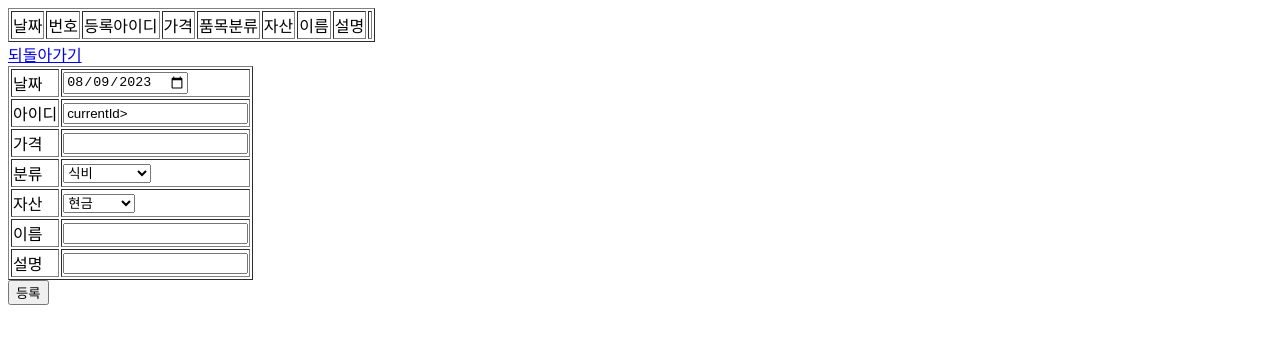
Repository: hdk8572/kh_MoneyManager
Page: http://localhost/Semi_backup/user/main
These files come from the project's save history. The page is drawn as it stood at one moment and after the next save; the edit follows.
The browser window is 1280 px wide. The pictures show the whole page.
The page is served by Tomcat 9. Other server files are loaded and not shown. Queries for data that is not in the repository find no rows.

Above is the page before, as saved 2023-08-10 12:43:30.

### Semi_backup/src/main/webapp/WEB-INF/user/main.jsp
<%@ page language="java" contentType="text/html; charset=UTF-8"
    pageEncoding="UTF-8"%>
<%@taglib prefix="c" uri="http://java.sun.com/jsp/jstl/core" %>
<!DOCTYPE html>
<html>
<head>
<meta charset="UTF-8">
<title>Insert title here</title>
<script src="https://code.jquery.com/jquery-3.7.0.js"></script>
</head>
<body>
	<div id="wrap-list" >
		<table border="1">
			<tr>
				<td>날짜</td>
				<td>번호</td>
				<td>등록아이디</td>
				<td>가격</td>
				<td>품목분류</td>
				<td>자산</td>
				<td>이름</td>
				<td>설명</td>
				<td></td>
			</tr>
			<c:forEach items="${ulist}" var="ul">
			<tr>
				<td>${ul.insertDate}</td>
				<td>${ul.mno}</td>
				<td>${ul.mid}</td>
				<td>${ul.mprice}</td>
				<td>${ul.category}</td>
				<td>${ul.cashCard}</td>
				<td>${ul.mname}</td>
				<td>${ul.description}</td>
				<td>
				<button type="button">수정</button>
				<button type="button">삭제</button>
				</td>
			</tr>
			</c:forEach>
		</table>
	</div>
		<a href="${pageContext.request.contextPath}/">되돌아가기</a>
	<form id="frmInsert">
 		<table border="1">
			<tr>
				<td>날짜</td>
				<td><input type="date" name="insertDate" id="currentDate"></td>
			</tr>
<!-- 		<tr>
				<td>등록번호</td>
				<td><input type="text" name="mno"></td>
			</tr> -->
			<tr>
				<td>아이디</td>
				<td><input type="text" value="currentId>" name="mid" readonly></td>
			</tr>
			<tr>
				<td>가격</td>
				<td><input type="text" name="mprice" ></td>
			</tr>
<!-- 			<tr>
				<td>분류</td>
				<td><input type="text" name="category" ></td>
			</tr> -->
			<tr>
				<td>분류</td>
				<td>
				<select>
				<option>식비</option>
				<option>교통/차량</option>
				<option>주거/통신비</option>
				<option>문화생활</option>
				<option>마트/편의점</option>
				<option>패션/미용</option>
				<option>생활용품</option>
				<option>건강</option>
				<option>교육</option>
				<option>경조사/회비</option>
				</select>
				</td>
			</tr>
<!-- 			<tr>
				<td>자산</td>
				<td><input type="text" name="cashCard" ></td>
			</tr> -->
			<tr>
				<td>자산</td>
				<td>
				<select>
				<option>현금</option>
				<option>체크카드</option>
				<option>신용카드</option>
				</select>
				</td>
			</tr>
			<tr>
				<td>이름</td>
				<td><input type="text" name="mname" ></td>
			</tr>
			<tr>
				<td>설명</td>
				<td><input type="text" name="descripion"></td>
			</tr>
		</table>
		<button type="button" id="btn_Insert">등록</button>
	</form>
</body>
<script>
	document.getElementById('currentDate').value = new Date().toISOString().substring(0, 10);

  	$("#btn_Insert").click(insertListClickHandler);

	function insertListClickHandler() {
		var dataQuery = $("#frmInsert").serialize();
		console.log(dataQuery);
		$.ajax({
			url: "${pageContext.request.contextPath}/ajaxInsert"
			,type: "post"
			//,contentType:""
			,data: $("#frmInsert").serialize()

			,dataType:"json"
			,success: function(result){
				console.log("success:");
				console.log(result);
				displayList(result);
			}
			,error: function(){
				console.log("error:");
				console.log(result);
			}
		})
	}
	function displayList(data) {
		var htmlVal="";
		if(data==null || data.length == 0){
			alert("등록에 실패하였습니다. 다시 입력을시도해주세요.");
		} else {
			htmlVal+=`
				<table border="1">
			<tbody>
				<tr>
					<td>날짜</td>
					<td>번호</td>
					<td>등록아이디</td>
					<td>가격</td>
					<td>품목분류</td>
					<td>자산</td>
					<td>이름</td>
					<td>설명</td>
				</tr>
				`;
				for(var i=0;i<data.length;i++){
					var ul = data[i];
				htmlVal+=`
				<tr>
					<td>\${ul.insertDate}</td>
					<td>\${ul.mno}</td>
					<td>\${ul.mid}</td>
					<td>\${ul.mprice}</td>
					<td>\${ul.category}</td>
					<td>\${ul.cashCard}</td>
					<td>\${ul.mname}</td>
					<td>\${ul.description}</td>
				</tr>
				`;
				}
			htmlVal+=`
			</tbody>
				</table>
			`;
			$("#wrap-list").html(htmlVal);
			alert("등록에 성공");
			$("#frmInsert").value() = [];

	//$("#wrap-list table>tbody>tr:first-child:not").remove();
	//$("#wrap-list table>tbody").append(htmlVal);
		}
	}
</script>
</html>

### Semi_backup/src/main/java/semi/dk/user/controller/UserListController.java
package semi.dk.user.controller;

import java.io.IOException;
import java.util.List;

import javax.servlet.ServletException;
import javax.servlet.annotation.WebServlet;
import javax.servlet.http.HttpServlet;
import javax.servlet.http.HttpServletRequest;
import javax.servlet.http.HttpServletResponse;

import semi.dk.user.model.dao.UserDao;
import semi.dk.user.model.dto.UserDto;
import semi.dk.user.model.service.UserService;

/**
 * Servlet implementation class UserListController
 */
@WebServlet("/user/main")
public class UserListController extends HttpServlet {
	private static final long serialVersionUID = 1L;

	UserService service = new UserService();

    public UserListController() {
        super();
    }

	protected void doGet(HttpServletRequest request, HttpServletResponse response) throws ServletException, IOException {
		List<UserDto> ulist = service.selectList();
		request.setAttribute("ulist", ulist);

		request.getRequestDispatcher("/WEB-INF/user/main.jsp").forward(request, response);
	}

	protected void doPost(HttpServletRequest request, HttpServletResponse response) throws ServletException, IOException {
	}

}

### Semi_backup/src/main/java/semi/dk/user/model/dao/UserDao.java
package semi.dk.user.model.dao;

import static semi.dk.common.DkTemplate.*;

import java.sql.Connection;
import java.sql.PreparedStatement;
import java.sql.ResultSet;
import java.sql.SQLException;
import java.util.ArrayList;
import java.util.List;

import semi.dk.user.model.dto.UserDto;

public class UserDao {
	// 리스트 조회 (** List)
	public List<UserDto> selectList(Connection conn) {

		String query = "SELECT INSERT_DATE, MNO, MID, MPRICE, CATEGORY, CASHCARD, MNAME, DESCRIPTION FROM EX";

		List<UserDto> result = new ArrayList<UserDto>();
		PreparedStatement stmt = null;
		ResultSet rs = null;

		try {
			stmt = conn.prepareStatement(query);
			rs = stmt.executeQuery();

			while(rs.next()==true) {
				UserDto dto = new UserDto();
				dto.setInsertDate(rs.getString("INSERT_DATE"));
				dto.setMno(rs.getString("MNO"));
				dto.setMid(rs.getString("MID"));
				dto.setMprice(rs.getString("MPRICE"));
				dto.setCategory(rs.getString("CATEGORY"));
				dto.setCashCard(rs.getString("CASHCARD"));
				dto.setMname(rs.getString("MNAME"));
				dto.setDescription(rs.getString("DESCRIPTION"));

				result.add(dto);
			}
			System.out.println(result);

		} catch (SQLException e) {
			e.printStackTrace();
		} finally {
			close(rs);
			close(stmt);
		}
		return result;
	}
	// 리스트 추가 (** Insert)
	public int Insert(Connection conn, UserDto dto) {
		int result = 0;

		String query = "INSERT INTO EX VALUES (?, (SELECT COALESCE(MAX(mno), 0) + 1 FROM EX), ?, ?, ?, ?, ?, ?)";
		PreparedStatement stmt = null;

		try {
			stmt = conn.prepareStatement(query);

			stmt = conn.prepareStatement(query);
			stmt.setString(1, dto.getInsertDate());
			stmt.setString(2, dto.getMid());
			stmt.setString(3, dto.getMprice());
			stmt.setString(4, dto.getCategory());
			stmt.setString(5, dto.getCashCard());
			stmt.setString(6, dto.getMname());
			stmt.setString(7, dto.getDescription());

			result = stmt.executeUpdate();
		} catch (SQLException e) {
			e.printStackTrace();
		} finally {
			close(stmt);
		}
		return result;
	}
}

### Semi_backup/src/main/java/semi/dk/common/DkTemplate.java
package semi.dk.common;

import java.sql.Connection;
import java.sql.DriverManager;
import java.sql.ResultSet;
import java.sql.SQLException;
import java.sql.Statement;

public class DkTemplate {

	private static Connection conn = null;

	public static Connection getConnection() {
		try {
			Class.forName("oracle.jdbc.driver.OracleDriver");
			conn = DriverManager.getConnection("jdbc:oracle:thin:@127.0.0.1:1521:xe", "dk", "dk");

			if(conn!=null) {
				System.out.println("DB 연결 성공");
			} else {
				System.out.println("DB 연결 실패");
			}
		} catch (ClassNotFoundException e) {
			e.printStackTrace();
		} catch (SQLException e) {
			e.printStackTrace();
		}
		return conn;
	}

	public static void close(Connection conn) {
		try {
			if(conn!=null) conn.close();
		} catch (SQLException e) {
			e.printStackTrace();
		}
	}

	public static void close(Statement stmt) {
		try {
			if(stmt!=null)  stmt.close();
		} catch (SQLException e) {
			e.printStackTrace();
		}
	}

	public static void close(ResultSet rs) {
		try {
			if(rs!=null)  rs.close();
		} catch (SQLException e) {
			e.printStackTrace();
		}
	}

	public static void setAutoCommit(Connection conn, boolean autoCommit) {
		try {
			if(conn!=null) conn.setAutoCommit(autoCommit);
		} catch (SQLException e) {
			e.printStackTrace();
		}
	}


	public static void rollback(Connection conn) {
		try {
			if(conn!=null) conn.rollback();
		} catch (SQLException e) {
			e.printStackTrace();
		}
	}

	public static void commit(Connection conn) {
		try {
			if(conn!=null) conn.commit();
		} catch (SQLException e) {
			e.printStackTrace();
		}
	}
}

After the next save:
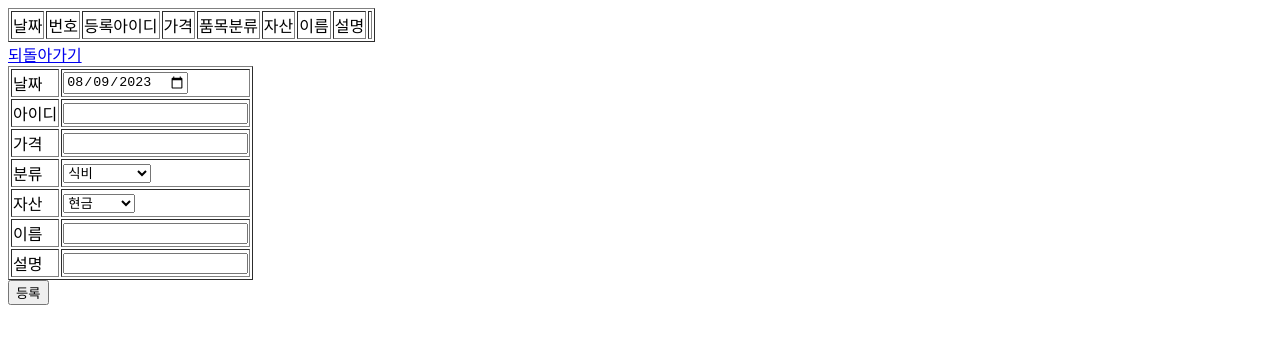
Saved 11 min 43 s later.
--- a/Semi_backup/src/main/webapp/WEB-INF/user/main.jsp
+++ b/Semi_backup/src/main/webapp/WEB-INF/user/main.jsp
@@ -53,7 +53,7 @@
 			</tr> -->
 			<tr>
 				<td>아이디</td>
-				<td><input type="text" value="currentId>" name="mid" readonly></td>
+				<td><input type="text" value="" name="mid" readonly></td>
 			</tr>
 			<tr>
 				<td>가격</td>
